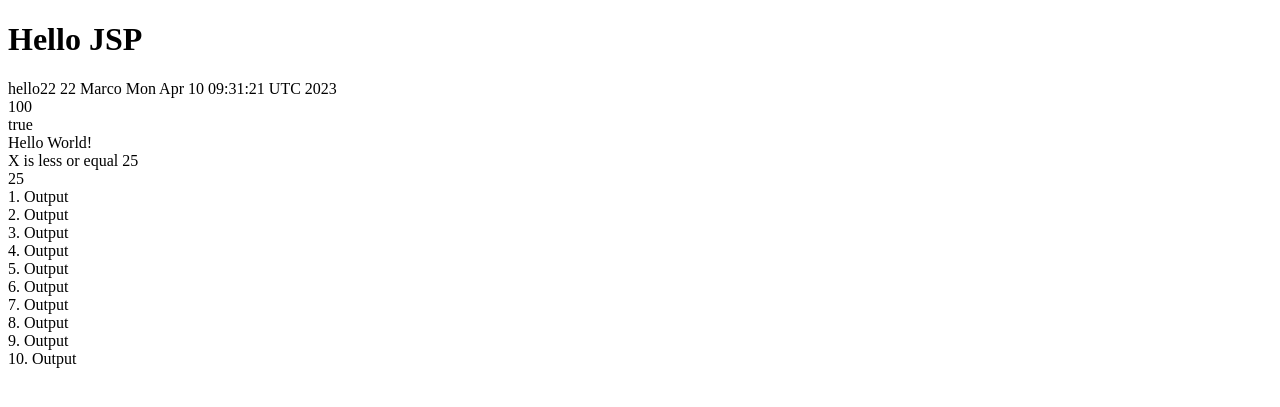
Repository: marcoscheuerer/Java_Enterprise
Page: http://localhost/S01L08_JSP_scriptlets/HelloJSP.jsp
These files come from the project's save history. The page is drawn as it stood at one moment and after the next save; the edit follows.
The browser window is 1280 px wide. The pictures show the whole page.
The page is served by Tomcat 9.

Above is the page before, as saved 2023-04-10 10:22:36.

After the next save:
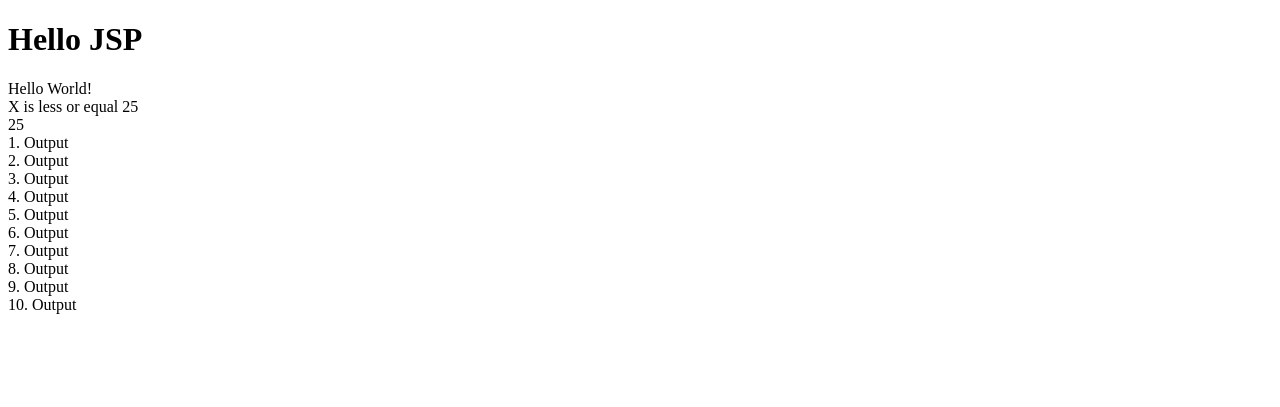
Saved 3 min 39 s later.
--- a/S01L08_JSP_scriptlets/src/main/webapp/HelloJSP.jsp
+++ b/S01L08_JSP_scriptlets/src/main/webapp/HelloJSP.jsp
@@ -8,18 +8,10 @@
 </head>
 <body>
 <h1>Hello JSP</h1>
-<%! public int x = 22; %>
-<%= "hello" + x %>
-<%= new Integer(22) %>
-<%= new String("Marco") %>
-<%= new java.util.Date() %>
-<br />
-<%= 25 * 4 %>
-<br />
-<%= 25 > 4 %>
-<br />
 <% out.println("Hello World!"); %>
 <br />
+
+<%-- if-else-condition in JSP --%>
 <%
 int x = 25;
 
@@ -30,8 +22,11 @@ if (x > 25) {
 }
 %>
 <br />
+
 <%= x %>
 <br />
+
+<%-- Loops in JSP --%>
 <%
 for (int i = 0; i < 10; i++)
 	out.print(i + 1 + ". Output<br/>");
